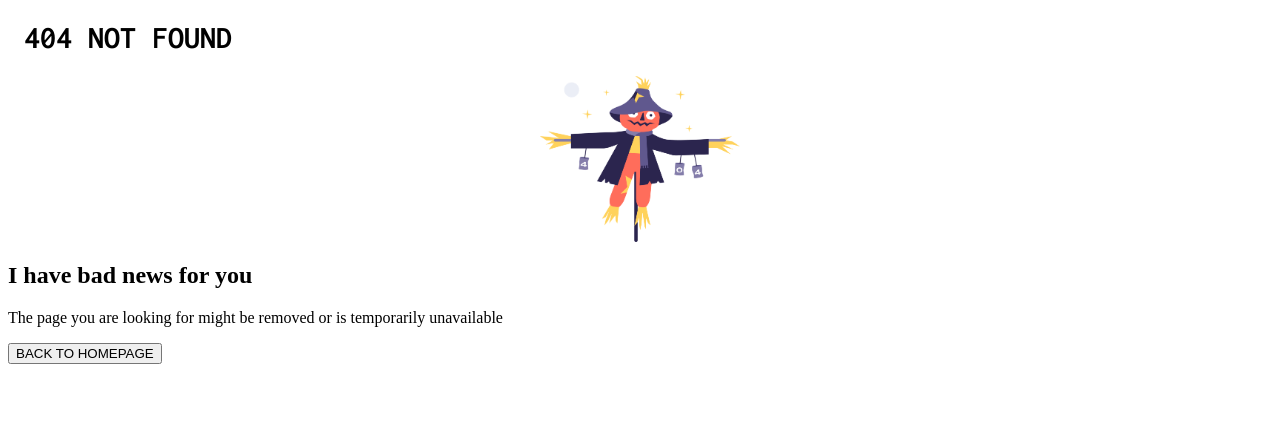
Repository: kellyalves87/404_not_found
Page: index.html
These files come from the project's save history. The page is drawn as it stood at one moment and after the next save; the edit follows.
The browser window is 1280 px wide. The pictures show the whole page.

Above is the page before, as saved 2021-05-16 14:44:04.

### index.html
<!DOCTYPE html>
<html lang="en">

<head>
  <meta charset="utf-8" />
  <meta name="viewport" content="width=device-width, initial-scale=1,
  maximum-scale=5" />
  <link rel="icon" href="./assets/devchallenges.png" />
  <link rel="shortcut icon" type="image/x-icon" href="https://devchallenges.io/" />
  <link rel="preconnect" href="https://fonts.gstatic.com">
  <link href="https://fonts.googleapis.com/css2?family=Inconsolata:wght@700&family=Space+Mono:wght@400;700&display=swap"
    rel="stylesheet">
  <link rel="stylesheet" href="./style/index.css">
  <title>Devchallenges</title>
</head>

<header class="header">
  <h1>404 NOT FOUND</h1>
</header>

<body>
    <img src="./assets/Scarecrow.png" alt="straw man">
  <div class="content">
    <h2>I have bad news for you</h2>
    <p>The page you are looking for might be removed or is temporarily unavailable</p>
    <button type="button">BACK TO HOMEPAGE</button>
  </div>
</body>

</html>

### style/index.css
/* Mobile first */

.header {
    font-family: inconsolata;
    font-size: 1rem;
    margin: 1rem;
}

img {
    display: flex;
    margin: auto;
    width: 200px;
}

After the next save:
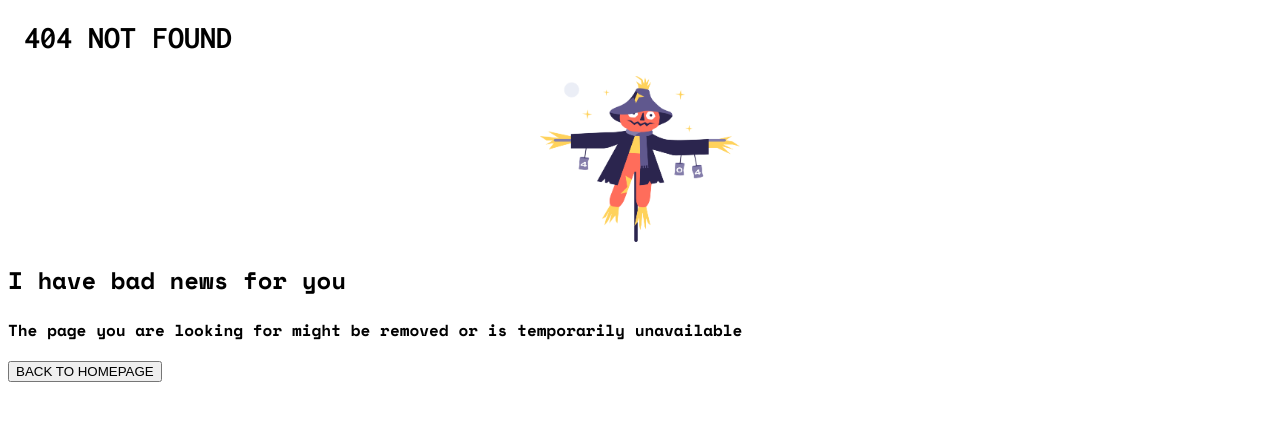
Saved 49 s later.
--- a/style/index.css
+++ b/style/index.css
@@ -11,3 +11,8 @@ img {
     margin: auto;
     width: 200px;
 }
+
+.content {
+    font-family: Space Mono;
+    font-weight: 700;
+}
